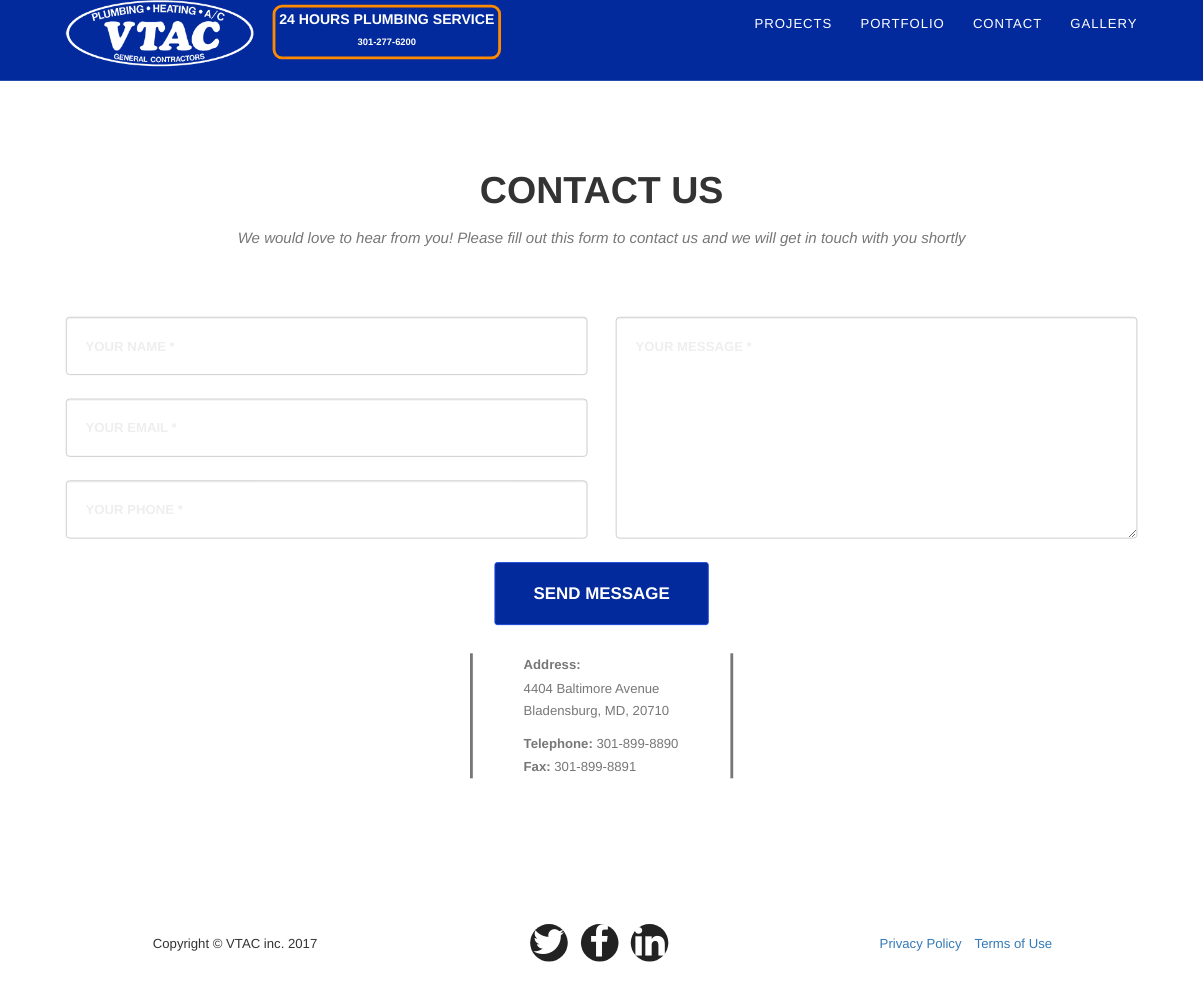
Repository: danidark9312/vtac
Page: http://localhost/vtac/contact.jsp
The author's editor kept a copy of each file at every save. The page is drawn from the files as they stood at one save, then again after the next save.
The browser window is 1280 px wide. The pictures show the whole page, at 94% of full size.
Some web fonts or font styles are not loaded; a fallback is used. The page is served by Tomcat 9.

Above is the page before, as saved 2017-01-27 15:27:58.

After the next save:
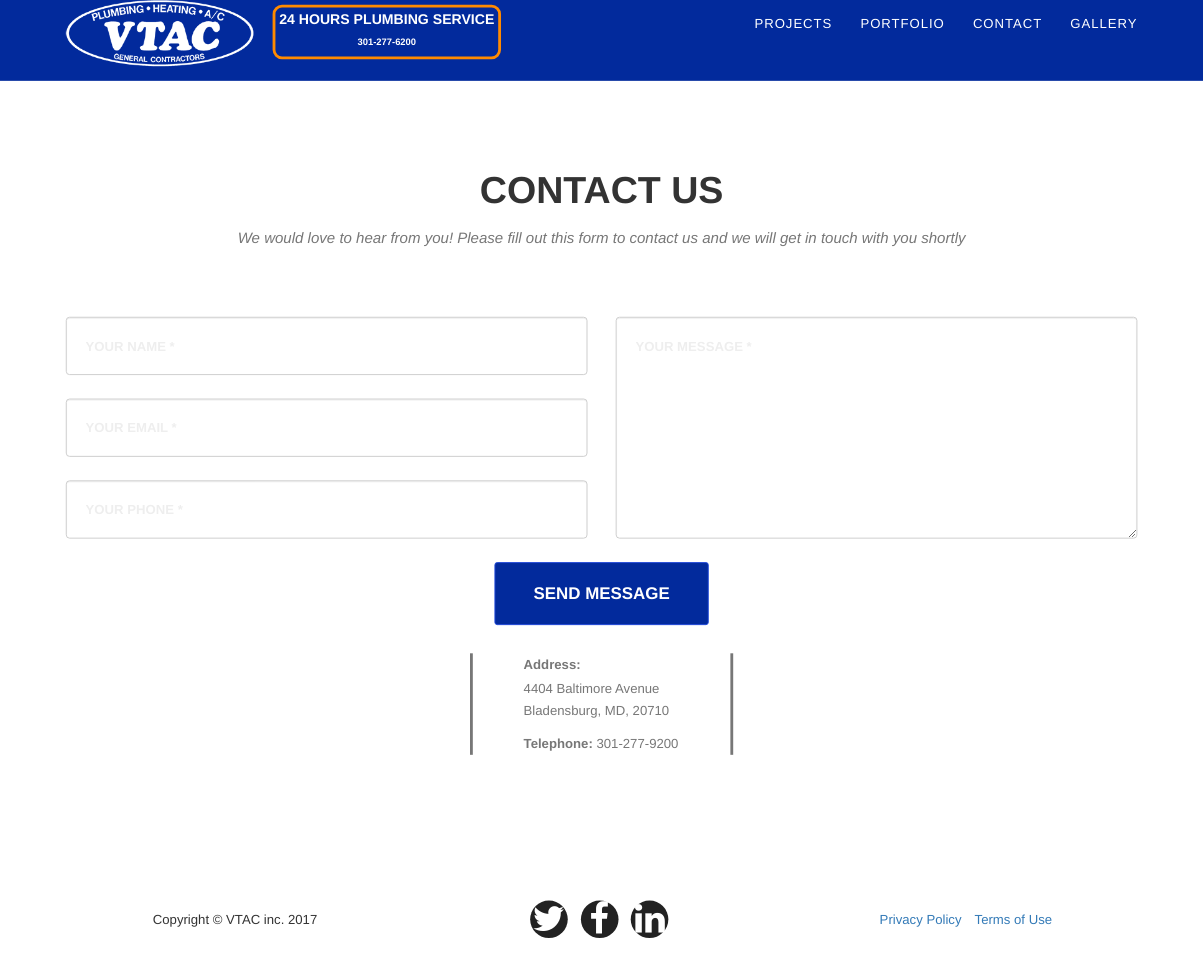
Saved 22 s later.
--- a/vtac/WebContent/contact.jsp
+++ b/vtac/WebContent/contact.jsp
@@ -120,7 +120,7 @@
 						  <strong>Address:</strong><br> 4404 Baltimore Avenue<br> Bladensburg, MD, 20710
 						</p>
 						<p>
-							<strong>Telephone:</strong> 301-899-8890<br> <strong>Fax:</strong> 301-899-8891
+							<strong>Telephone:</strong> 301-277-9200<br>
 						</p>
 					</div>
 
